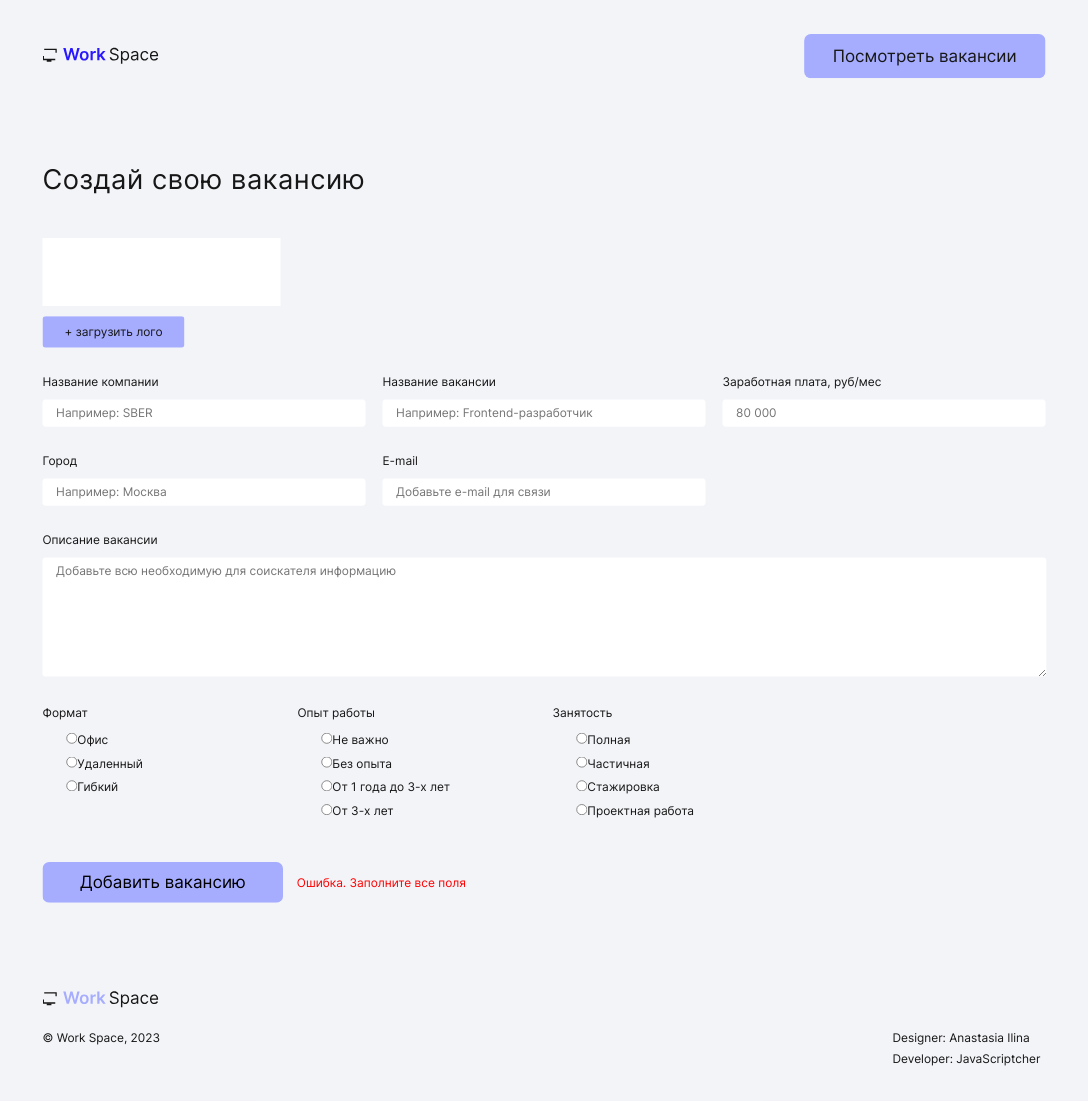
Repository: alexboagreek/workspace_js
Page: employer.html
These files come from the project's save history. The page is drawn as it stood at one moment and after the next save; the edit follows.
The browser window is 1280 px wide. The pictures show the whole page, at 85% of full size.

Above is the page before, as saved 2023-09-14 11:33:38.
Console error: TypeError: Cannot read properties of null (reading 'addEventListener')

After the next save:
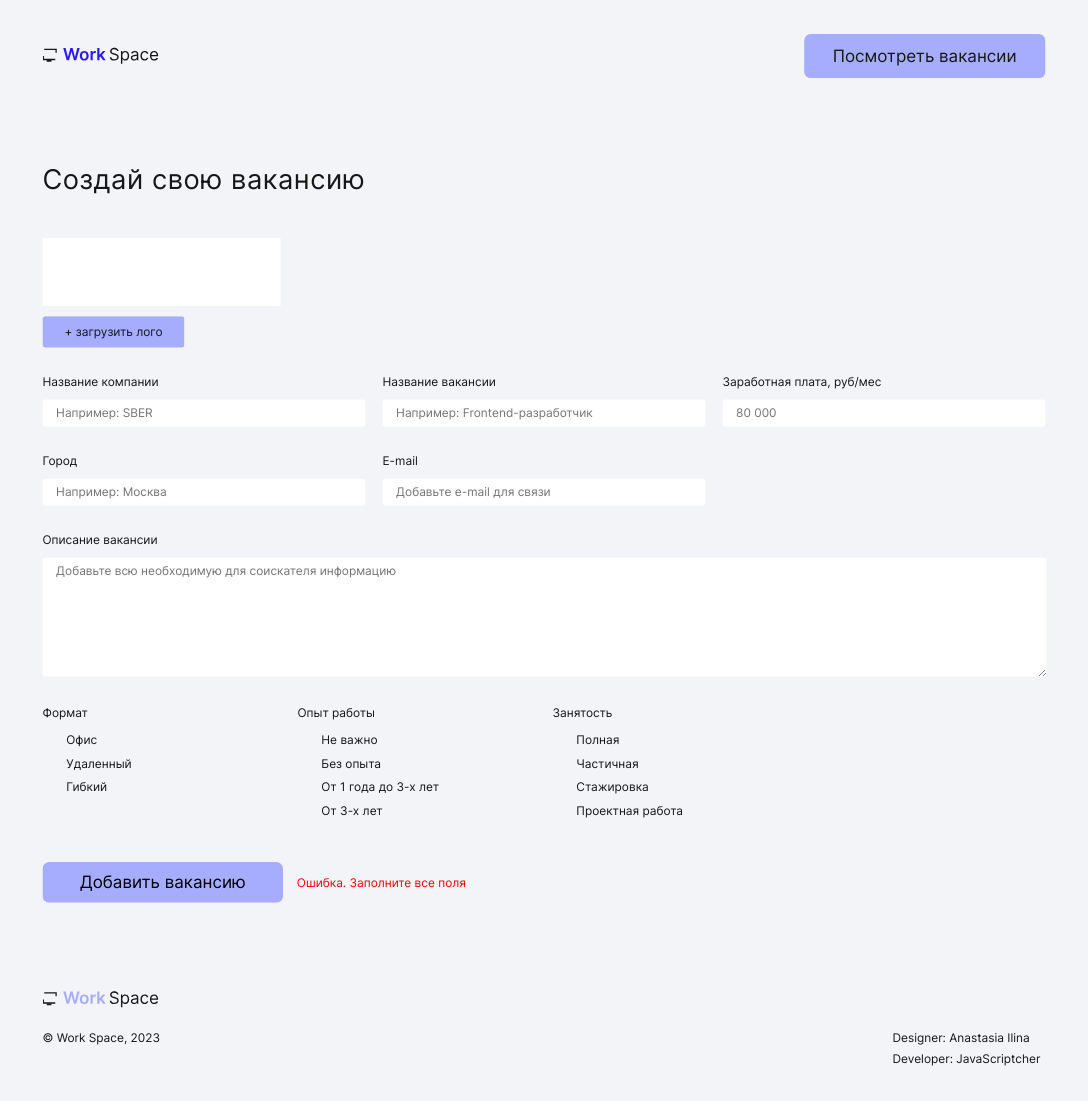
Saved 4 s later.
--- a/style/radio.css
+++ b/style/radio.css
@@ -5,6 +5,6 @@
   padding-left: 28px;
 }
 .radio__input {
-  --webkit-appearance: none;
+  -webkit-appearance: none;
 
 }
